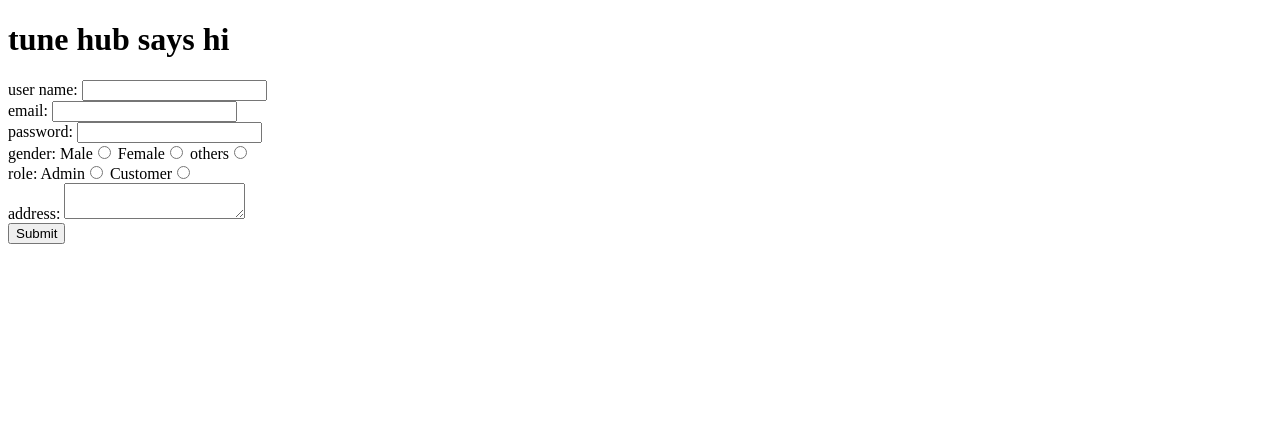
Repository: Anandnand/Music_player-project
Page: http://localhost/index
An editor plug-in stored every save of this project. The page is shown before and after the next save, followed by the edit.
The browser window is 1280 px wide. The pictures show the whole page.
The page is this project's Thymeleaf template; nobody is signed in. The template is opened directly, without the code that normally fills it, so the values that code supplies are empty.

Above is the page before, as saved 2024-01-19 07:26:21.

After the next save:
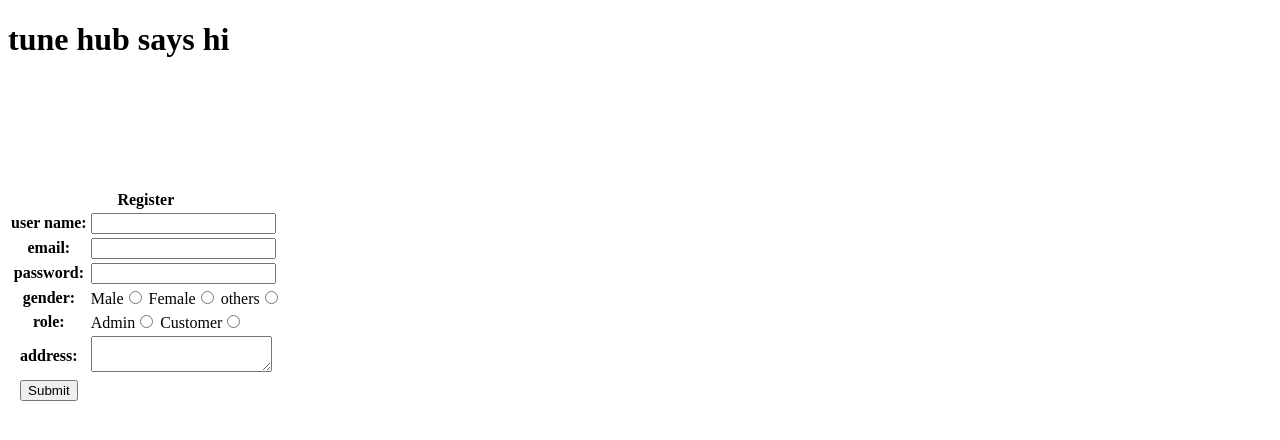
Saved 93 s later.
--- a/com.tunehub/src/main/resources/templates/index.html
+++ b/com.tunehub/src/main/resources/templates/index.html
@@ -6,38 +6,60 @@
 </head>
 <body>
 <h1>tune hub says hi </h1>
+<table>
+<form action="register" method="post">
+<h1><mark>
+        <tr>
+            <th colspan="2">Register</th>
+        </tr>
+</mark></h1>
 
-<form action="register" method="post">
-
-<label>user name:</label>
-<input type="text" name="username"/>
+ <tr>
+<th><label>user name:</label></th>
+<td><input type="text" name="username"/></td>
+</tr>
 <br>
 
-<label>email:</label>
-<input type="email" name="email" />
+<tr>
+<th><label>email:</label></th>
+<td><input type="email" name="email" /></td>
+</tr>
 <br>
 
-<label>password:</label>
-<input type="password" name="password" />
+<tr>
+<th><label>password:</label></th>
+<td><input type="password" name="password" /></td>
+</tr>
 <br>
 
-<label>gender:</label>
-Male<input type="radio" name="gender" value="male"/>
+<tr>
+<th><label>gender:</label></th>
+<td>Male<input type="radio" name="gender" value="male"/>
 Female<input type="radio" name="gender" value="female"/>
 others<input type="radio" name="gender" value="others"/>
+</td>
+</tr>
 <br>
 
-<label>role:</label>
-Admin<input type="radio" name="role" value="admin"/>
+<tr>
+<th><label>role:</label></th>
+<td>Admin<input type="radio" name="role" value="admin"/>
 Customer<input type="radio" name="role" value="customer"/>
+</td>
+</tr>
 <br>
 
-<label>address:</label>
-<textarea name="address"></textarea>
+<tr>
+<th><label>address:</label></th>
+<td><textarea name="address"></textarea>
+</td>
+</tr>
 <br>
-<input type="submit" />
 
+<tr>
+<th><input type="submit" /></th>
+</tr>
 </form>
-
+</table>
 </body>
 </html>
